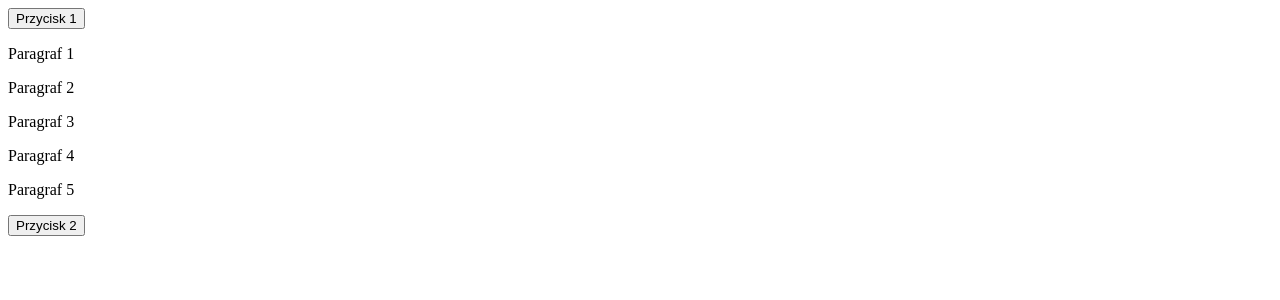
Repository: magdaf41/jQuery
Page: zadanie 2/index.html
These files come from the project's save history. The page is drawn as it stood at one moment and after the next save; the edit follows.
The browser window is 1280 px wide. The pictures show the whole page.
Some web libraries are served in a nearby version.

Above is the page before, as saved 2020-09-13 22:08:38.

After the next save:
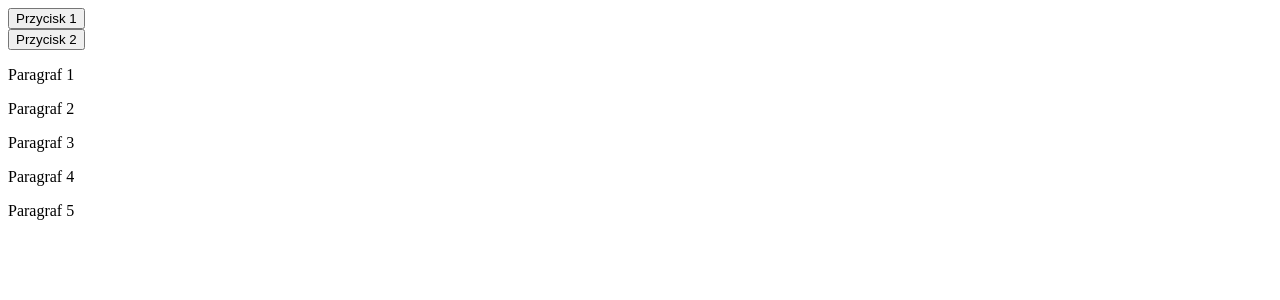
Saved 21 s later.
--- a/zadanie 2/index.html
+++ b/zadanie 2/index.html
@@ -15,15 +15,17 @@
 
 </div>
 
+<div>
+    <button id="button2">Przycisk 2</button>
+</div>
+
     <p class="first">Paragraf 1</p>
     <p class="second">Paragraf 2</p>
     <p class="third">Paragraf 3</p>
     <p class="fourth">Paragraf 4</p>
     <p class="fifth">Paragraf 5</p>
 
-<div>
-    <button id="button2">Przycisk 2</button>
-</div>
+
 
 
     <script src="https://cdnjs.cloudflare.com/ajax/libs/jquery/3.2.1/jquery.min.js"></script>
